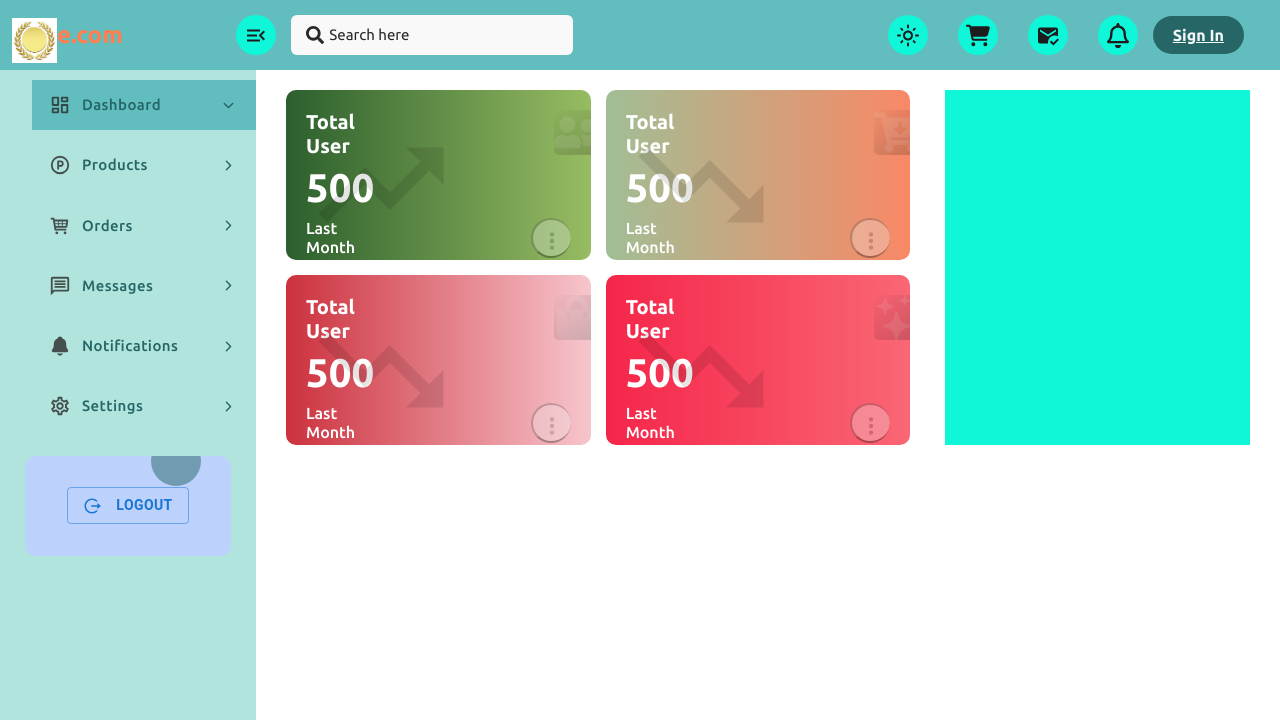
Repository: gautamsonam011/admin-react-dashboard
Page: /, after clicking the first element matching `div.col-sm-7 > button`
These files come from the project's save history. The page is drawn as it stood at one moment and after the next save; the edit follows.
The browser window is 1280 px wide. The pictures show the whole page.
The project was rebuilt for these pictures with package versions that can differ from the ones it lists, and the page was loaded fresh each time. Also part of the build but not shown: src/pages/Login/index.jsx, src/pages/SignUp/index.jsx.

Above is the page before, as saved 2025-04-28 22:20:02.

After the next save:
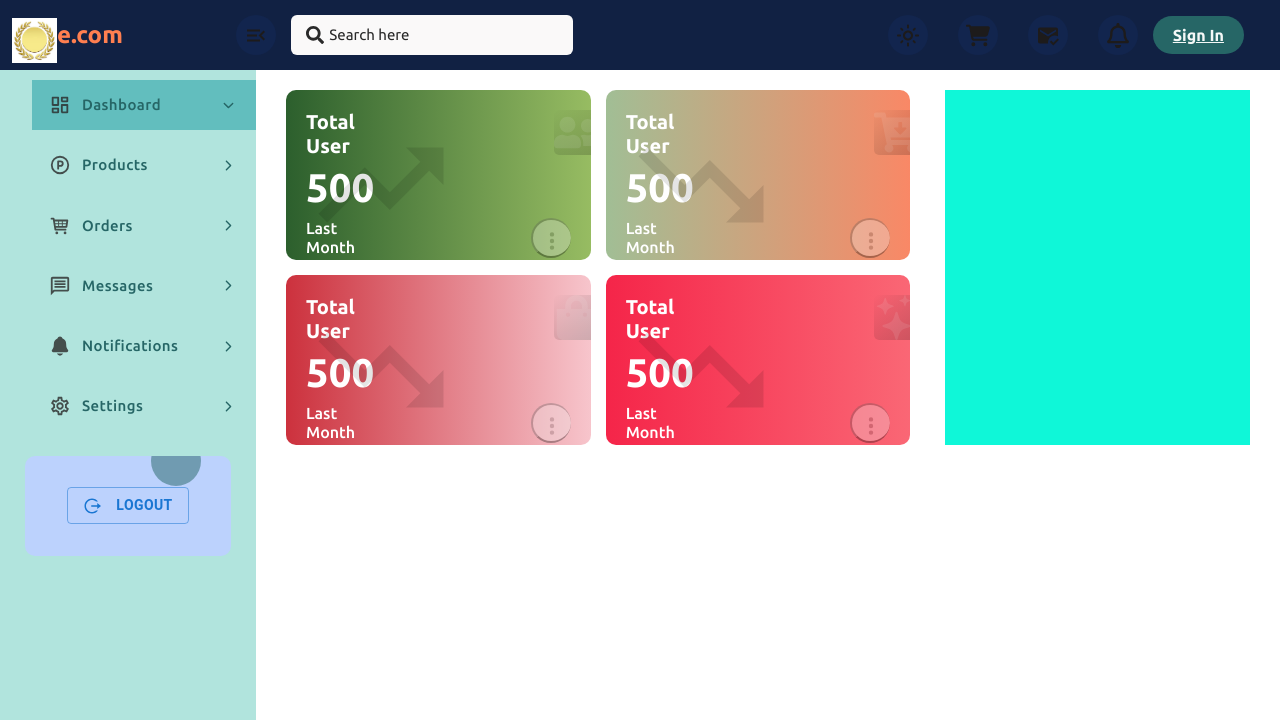
Saved 15 min 30 s later.
--- a/src/App.css
+++ b/src/App.css
@@ -29,6 +29,8 @@ color: coral;
 font-weight: bolder;
 font-size: 24px;
 }
+body.dark header{background:#112143;}
+
 header button.rounded-circle{min-width:40px !important; width:40px !important; height: 40px !important; background-color:#0ff7d8 !important; margin: 15px;}
 header button.rounded-circle svg{color:rgb(29, 27, 27); font-size: 25px !important; transition: all 0.2s ease-in-out;}
 header button.rounded-circle:hover svg{color: #2585d4 !important;}
@@ -50,6 +52,7 @@ header button.rounded-circle:hover svg{color: #2585d4 !important;}
 .dropdown-info h4{font-size: 15px; font-weight:600;margin-top: 2px; white-space: break-space; line-height: 21px;}
 .dropdown-info p{font-size: 10px; color: #2585d4;}
 
+body.dark header button.rounded-circle{background: #12254e !important;}
 
 /* Style for sidebar  */
 
